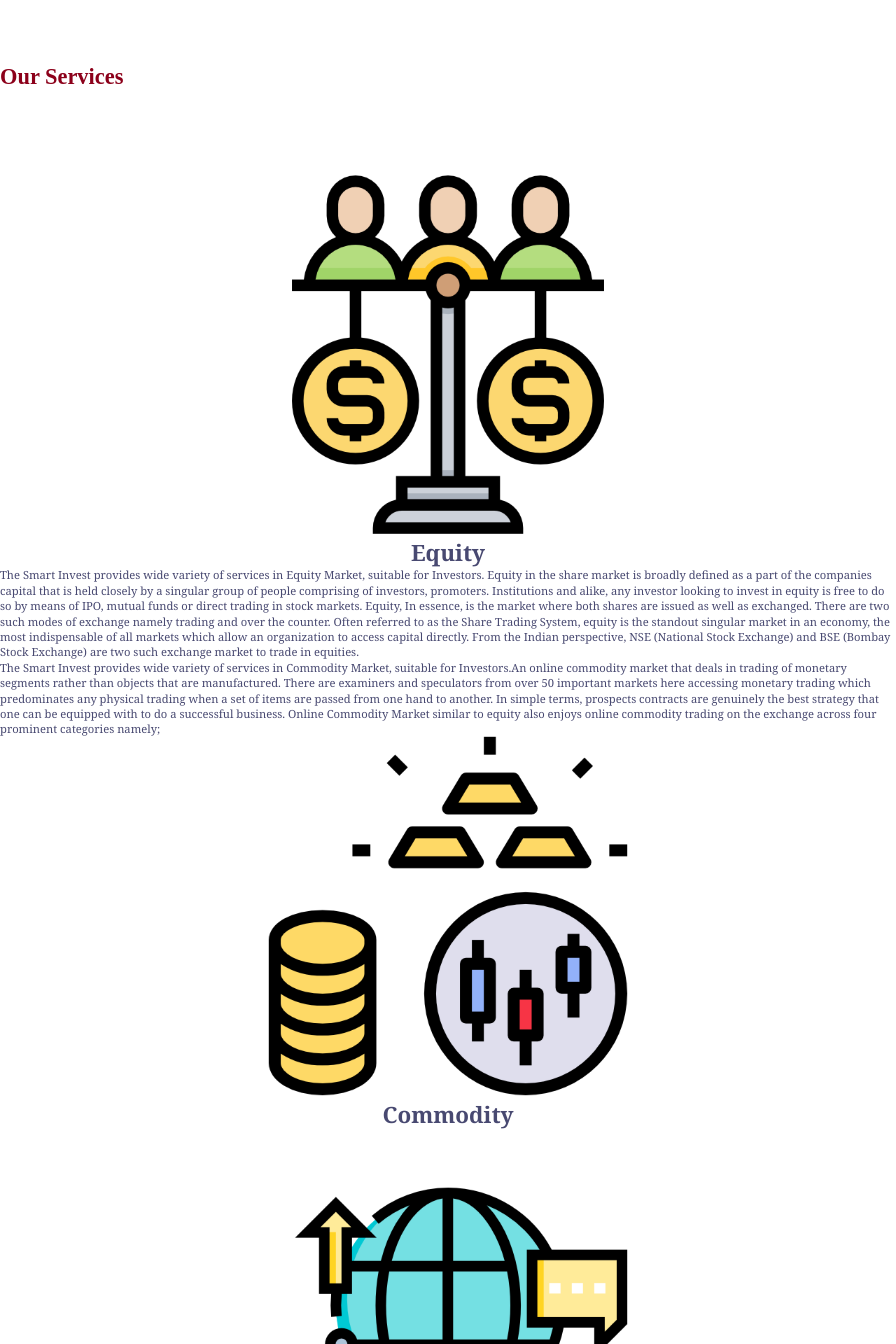
Repository: Demonster1999/Invest-Mart-new
Page: Account.html
An editor plug-in stored every save of this project. The page is shown before and after the next save, followed by the edit.
The browser window is 1280 px wide. The pictures show the part of the page from y = 402 to 2322 px (the page is 3266 px tall before and 720 px after), at 70% of full size.
Some web libraries are served in a nearby version.

Above is the page before, as saved 2020-05-01 22:23:23.
Console error: TypeError: Failed to execute 'addEventListener' on 'EventTarget': parameter 2 is not of type 'Object'.

After the next save:
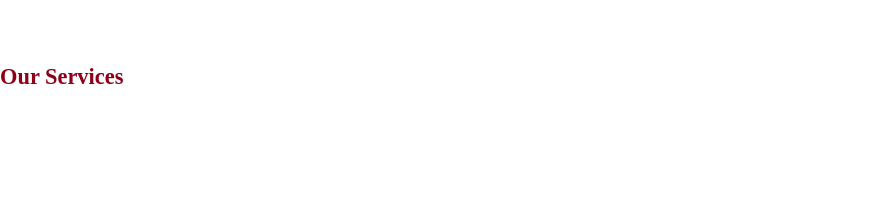
Saved 12 s later.
--- a/Account.html
+++ b/Account.html
@@ -84,109 +84,7 @@
 
   </div>
 
-  <!-- services Provided
-   -->
-   <div class="services container-fluid pt-5 mt-5">
-     <div class="row">
-      <div class="col-md-6">
-       <center>
-        <img src="static/imgs/icons/equity.png" class="img-fluid m-2 p-2" width="40%" alt="">
-        <h1 class=" p-2 m-2"> Equity </h1>
-       </center>
 
-
-       </div>
-       <div class="col-md-6 p-5">
-<p class="p-2 m-2 blockquote">
-  The Smart Invest provides wide variety of services in Equity Market, suitable for Investors. Equity in the share
-  market
-  is broadly defined as a part of the companies capital that is held closely by a singular group of people comprising
-  of
-  investors, promoters. Institutions and alike, any investor looking to invest in equity is free to do so by means of
-  IPO,
-  mutual funds or direct trading in stock markets. Equity, In essence, is the market where both shares are issued as
-  well
-  as exchanged. There are two such modes of exchange namely trading and over the counter. Often referred to as the Share
-  Trading System, equity is the standout singular market in an economy, the most indispensable of all markets which
-  allow
-  an organization to access capital directly. From the Indian perspective, NSE (National Stock Exchange) and BSE (Bombay
-  Stock Exchange) are two such exchange market to trade in equities.
-</p>
-       </div>
-
-
-     </div>
-   </div>
-      <div class="services container-fluid pt-5 mt-5" style="background-color: #fff;">
-        <div class="row">
-
-          <div class="col-md-6 p-5">
-            <p class="p-2 m-2 blockquote">
-              The Smart Invest provides wide variety of services in Commodity Market, suitable for Investors.An online commodity
-              market that deals in trading of monetary segments rather than objects that are manufactured. There are examiners and
-              speculators from over 50 important markets here accessing monetary trading which predominates any physical trading when
-              a set of items are passed from one hand to another. In simple terms, prospects contracts are genuinely the best strategy
-              that one can be equipped with to do a successful business. Online Commodity Market similar to equity also enjoys online
-              commodity trading on the exchange across four prominent categories namely;
-            </p>
-          </div>
-              <div class="col-md-6">
-                <center>
-                  <img src="static/imgs/icons/stock.png" class="img-fluid m-2 p-2" width="40%" alt="">
-                  <h1 class=" p-2 m-2"> Commodity </h1>
-                </center>
-
-
-              </div>
-
-        </div>
-      </div>
-
-        <div class="services container-fluid pt-5 mt-5">
-          <div class="row">
-            <div class="col-md-6">
-              <center>
-                <img src="static/imgs/icons/trend.png" class="img-fluid m-2 p-2" width="40%" alt="">
-                <h1 class=" p-2 m-2"> Derivative </h1>
-              </center>
-
-
-            </div>
-            <div class="col-md-6 p-5">
-              <p class="p-2 m-2 blockquote">
-                The Smart Invest provides wide variety of services in Derivative Market, suitable for Investors. A
-                derivative is a financial security with a value that is reliant upon, or derived from, an underlying
-                asset or group of assets. ... The most common underlying assets include stocks, bonds, commodities,
-                currencies, interest rates and market indexes. Derivatives can either be traded over-the-counter (OTC)
-                or on an exchange.
-              </p>
-            </div>
-
-
-          </div>
-        </div>
-        <div class="services container-fluid pt-5 my-5" style="background-color: #fff;">
-          <div class="row">
-
-            <div class="col-md-6 p-5 ">
-              <p class="p-2 m-2 blockquote">
-                The Smart Invest provides wide variety of services in Forex Market, suitable for Investors. Forex, also
-                known as foreign exchange, FX or currency trading, is a decentralized global market where all the
-                world's currencies trade. The forex market is the largest, most liquid market in the world with an
-                average daily trading volume exceeding $5 trillion.
-              </p>
-            </div>
-            <div class="col-md-6 ">
-              <center>
-                <img src="static/imgs/icons/money.png" class="img-fluid m-2 p-2" width="40%" alt="">
-                <h1 class=" p-2 m-2"> Forex </h1>
-              </center>
-
-
-            </div>
-
-          </div>
-        </div>
 
 
 
